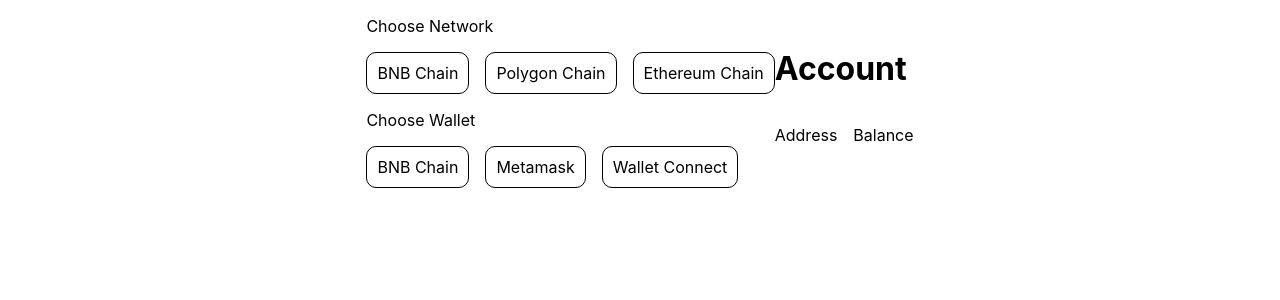
Repository: m-ahmadshaikh/Wallet-Connect
Page: /
These files come from the project's save history. The page is drawn as it stood at one moment and after the next save; the edit follows.
The browser window is 1280 px wide. The pictures show the whole page.
The project was rebuilt for these pictures with package versions that can differ from the ones it lists, and the page was loaded fresh each time.

Above is the page before, as saved 2023-01-19 18:04:07.

### src/App.js
import './App.css';
import Button from './components/Button/Button';

function App() {
  return (
    <div className='main'>
      <div>
      <p>Choose Network</p>
      <div className='flex'><Button text={'BNB Chain'}/>
      <Button text={'Polygon Chain'}/>
      <Button text={'Ethereum Chain'}/>
      </div>


      <p>Choose Wallet</p>
      <div className='flex'><Button text={'BNB Chain'}/>
      <Button text={'Metamask'} />
      <Button text={'Wallet Connect'}/>
      </div>
      </div>
      <div>
        <h1>Account</h1>
        <div className='flex'>
          <p>Address</p>
          <p>Balance</p>
        </div>
      </div>
    </div>
  );
}

export default App;

### src/App.css
body {
  height: 100vh;
}

.flex {
  display: flex;
  gap: 1em;
}

.main {
  display: flex;
  justify-content: center;
  align-items: center;
}

### src/components/Button/Button.jsx
import React from 'react';
import classes from './Button.module.css';
function Button({ text }) {
  return <div className={classes.main}>{text}</div>;
}

export default Button;

### src/components/Button/Button.module.css
.main {
  background: white;
  border: 1px solid black;
  border-radius: 10px;
  padding: 10px;
  cursor: pointer;
}

.main:hover {
  background-color: wheat;
}

Loaded but not shown: public/index.html (common file); src/index.js (common file); src/index.css (common file); src/reportWebVitals.js (common file)

After the next save:
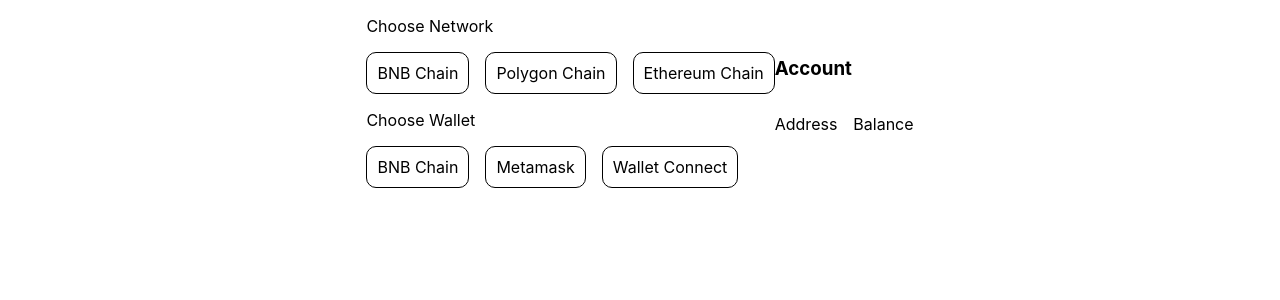
Saved 9 s later.
--- a/src/App.js
+++ b/src/App.js
@@ -19,7 +19,7 @@
       </div>
       </div>
       <div>
-        <h1>Account</h1>
+        <h3>Account</h3>
         <div className='flex'>
           <p>Address</p>
           <p>Balance</p>
